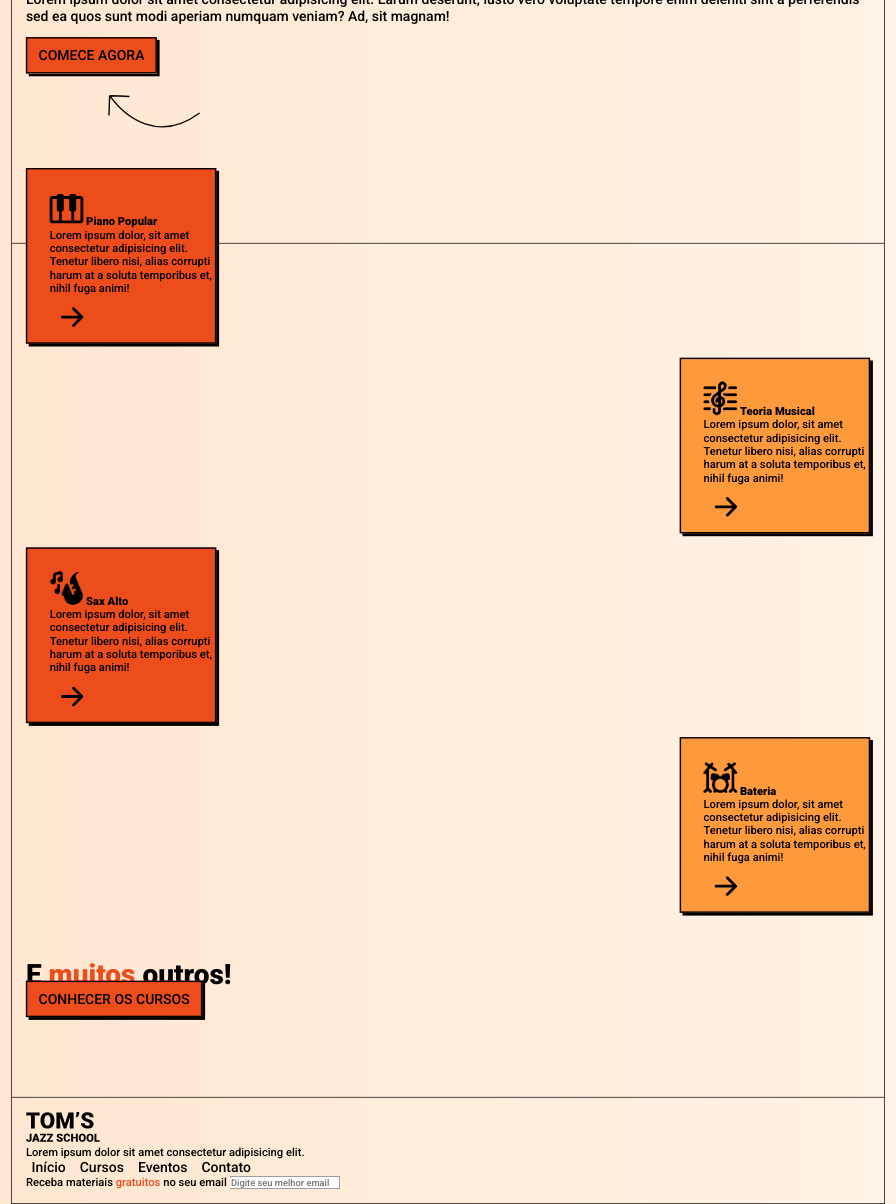
Repository: tenoriodasilva31/OBC-Music-School
Page: index.html
An editor plug-in stored every save of this project. The page is shown before and after the next save, followed by the edit.
The browser window is 1280 px wide. The pictures show the part of the page from y = 1190 to 3110 px (the page is 2910 px tall before and 3110 px after), at 70% of full size.

Above is the page before, as saved 2023-07-05 17:47:11.

### index.html
<!DOCTYPE html>
<html lang="pt-BR">
<head>
    <meta charset="UTF-8">
    <meta name="viewport" content="width=device-width, initial-scale=1.0">
    <title>Tom's Jazz School</title>

    <link rel="preconnect" href="https://fonts.googleapis.com">
    <link rel="preconnect" href="https://fonts.gstatic.com" crossorigin>

    <link rel="stylesheet" href="index.css">

    <link href="https://fonts.googleapis.com/css2?family=Roboto:wght@500;900&display=swap" rel="stylesheet">
</head>
<body>
    <header>
        <img src="./img/logo.svg" alt="Tom's School">
        <nav class="mt-1 nx-auto">
            <a href="#">Início</a>
            <a href="#">Cursos</a>
            <a href="#">Eventos</a>
            <a href="#">Contato</a>
        </nav>
        <button href="#" class="button mt-1 mb-1 nx-auto">Inscreva-se</button>
    </header>
    <main>
        <section class="hero-section">
            <img src="/img/hero-img.svg" alt="Banda de jazz se apresentando">
            <div>
                <h1 class="mt-2">Crie algo <span class="text-primary decoration">impactante</span> com música</h1>
                <p class="mt-2 mb-2">Lorem ipsum dolor sit amet consectetur adipisicing elit. Earum deserunt, iusto vero voluptate tempore enim deleniti sint a perferendis sed ea quos sunt modi aperiam numquam veniam? Ad, sit magnam!</p>
                <a href="#" class="button mt-1 mb-1 nx-auto">Comece agora</a>
            </div>
        </section>
        <section class="courses-section">
            <div class="cards">
            <article class="card">
                <img src="/img/piano.png" alt="icone de teclas de piano">
                <strong>Piano Popular</strong>
                <p>Lorem ipsum dolor, sit amet consectetur adipisicing elit. Tenetur libero nisi, alias corrupti harum at a soluta temporibus et, nihil fuga animi!</p>
                <a href="#">
                    <img src="/img/arrow-right.svg" alt="Ir para página do curso">
                </a>
            </article>
            <article class="card">
                <img src="/img/clef.png" alt="icone clave">
                <strong>Teoria Musical</strong>
                <p>Lorem ipsum dolor, sit amet consectetur adipisicing elit. Tenetur libero nisi, alias corrupti harum at a soluta temporibus et, nihil fuga animi!</p>
                <a href="#">
                    <img src="/img/arrow-right.svg" alt="Ir para página do curso">
                </a>
            </article>
            <article class="card">
                <img src="/img/sax.png" alt="icone de teclas de piano">
                <strong>Sax Alto</strong>
                <p>Lorem ipsum dolor, sit amet consectetur adipisicing elit. Tenetur libero nisi, alias corrupti harum at a soluta temporibus et, nihil fuga animi!</p>
                <a href="#">
                    <img src="/img/arrow-right.svg" alt="Ir para página do curso">
                </a>
            </article>
            <article class="card">
                <img src="/img/drums.png" alt="icone de teclas de piano">
                <strong>Bateria</strong>
                <p>Lorem ipsum dolor, sit amet consectetur adipisicing elit. Tenetur libero nisi, alias corrupti harum at a soluta temporibus et, nihil fuga animi!</p>
                <a href="#">
                    <img src="/img/arrow-right.svg" alt="Ir para página do curso">
                </a>
            </article>
            </div>
            <h2>E <span class="text-primary">muitos</span> outros!</h2>
            <a href="#" class="button">Conhecer os cursos</a>
        </section>
    </main>

    <footer>
        <div>
            <img src="/img/logo.svg" alt="Tom's School">
            <p>Lorem ipsum dolor sit amet consectetur adipisicing elit. </p>
        </div>
        <nav>
            <a href="#">Início</a>
            <a href="#">Cursos</a>
            <a href="#">Eventos</a>
            <a href="#">Contato</a>
        </nav>
        <form>
            <label for="email">Receba materiais <span class="text-primary">gratuitos</span> no seu email</label>
            <input type="text" name="email" id="email" placeholder="Digite seu melhor email">
        </form>
    </footer>
</body>
</html>

### index.css
* {
    box-sizing: border-box;
    font-family: 'Roboto', sans-serif;
    margin: 0;
    padding: 0;
}

:root {
    --color-primary: #ED4D1B;
    --color-secondary: #FF9a3c;
    --color-black: #000;
    --color-white: #FFF;
}

body {
    background: linear-gradient(90deg, #ffe7d1 0%, #FFF2e6 100%);
    padding: 0 1rem;
}

header,.hero-section, .courses-section, footer {
    border-color: var(--color-black);
    border-style: solid;
    border-width: 0 1px 1px 1px;
    padding: 1.25rem;
}

header img {
    display: block;
    margin: 1rem auto;
}

header nav {
    display: grid;
    grid-template-columns: 1fr, 1fr;
}

nav a {
    color: var(--color-black);
    font-size: 1.25rem;
    padding: .5rem;
    text-decoration: none;
}

header nav a:nth-child(2n-1) {
    text-align: right;
}

.button {
    background-color: var(--color-primary);
    border: 2px solid var(--color-black);
    box-shadow: 4px 4px 0 var(--color-black);
    color: var(--color-black);
    display: black;
    font-size: 1.25rem;
    padding: .75rem 1rem;
    max-width: 14rem;
    text-align: center;
    text-decoration: none;
    text-transform: uppercase;
}

.hero-section {
    padding-right: 0;
    padding-bottom: 16rem;

}

.hero-section img {
    display: block;
    margin: 1.25rem 0 0 auto;
    max-width: 100%;
}

h1 {
    font-size: 3rem;
    line-height: 105%;
}

h2 {
    font-size: 2.5rem;
}

.hero-section p {
    font-size: 1.25rem;
    padding-right: 1.25rem;
}

.hero-section .button {
    position: relative;

}

.hero-section .button::after {
    content: '';
    background: url("/img/arrow-curve.svg");
    position: absolute;
    top: 5rem;
    right: -4rem;
    height: 48px;
    width: 132px;
}

.decoration {
    display: block;
    position: relative;
}

.decoration::after {
    content: '';
    background: url(/img/three-dashes.svg);
    position: absolute;
    top: -0.75rem;
    height: 36px;
    width: 40px;
}

.courses-section {
    padding-bottom: 8rem;

}

.cards {
    display: flex;
    flex-direction: column;
    align-items: start;
    gap: 1.25rem;
    margin-top: -8rem;
    margin-bottom: 4rem;
}

.card {
    background-color: var(--color-primary);
    border: 2px solid var(--color-black);
    box-shadow: 4px 4px 0 var(--color-black);
    max-width: 17rem;
    padding: 2rem 0 0 2rem;
}

.card:nth-child(2n) {
    align-self: end;
    background-color: var(--color-secondary)
}

.mt-1 {
    margin-top: 1rem;
}

.mt-2 {
    margin-top: 2rem;
}

.mb-1 {
    margin-bottom: 1rem;
}

.mb-2 {
    margin-bottom: 2rem;
}

.mx-auto {
    margin-left: auto;
    margin-right: auto;
}

.text-primary {
    color: var(--color-primary);
}

.text-center {
    text-align: center;
}

After the next save:
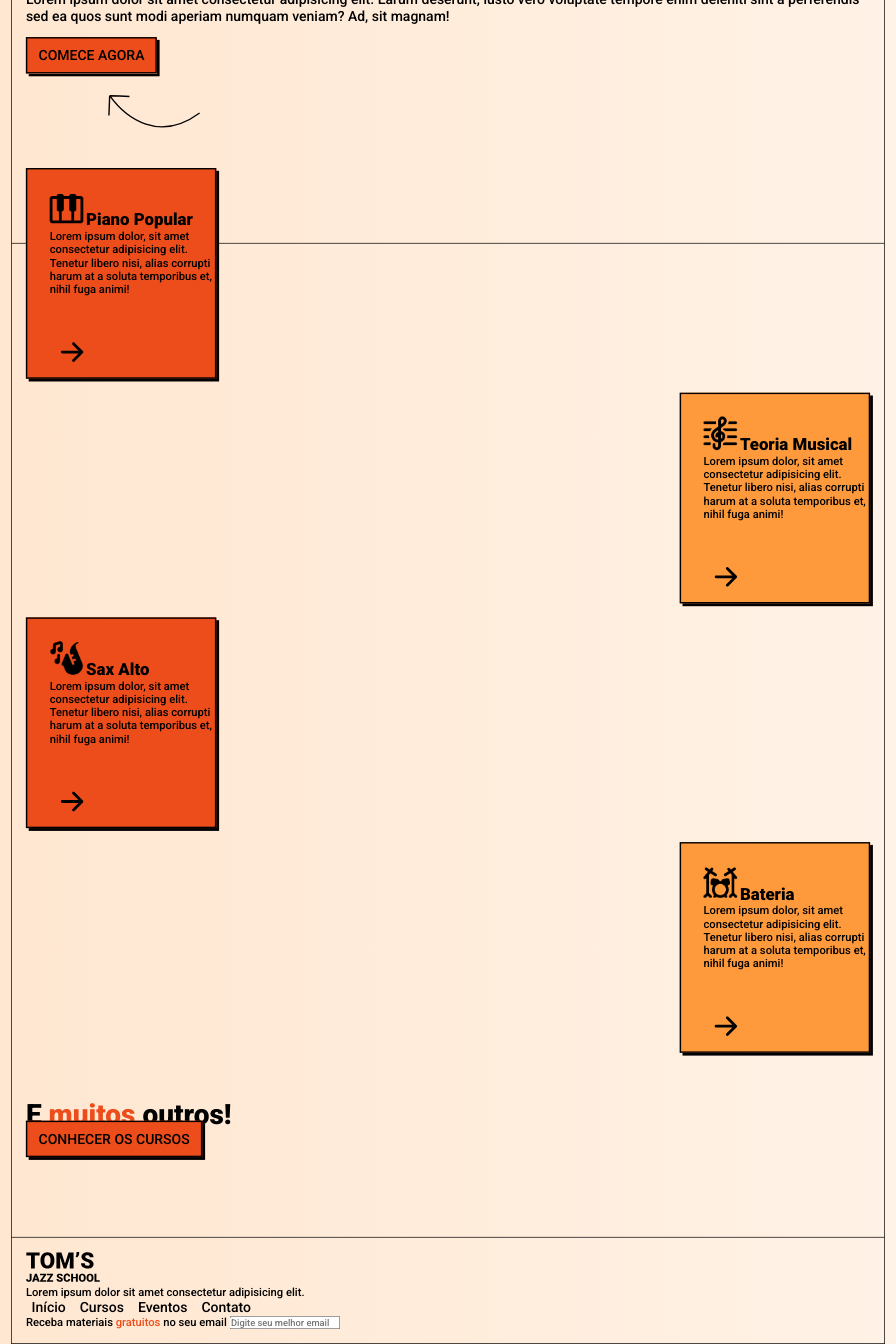
Saved 80 s later.
--- a/index.css
+++ b/index.css
@@ -141,6 +141,17 @@ h2 {
     background-color: var(--color-secondary)
 }
 
+.card strong {
+    display: black;
+    font-size: 1.5rem;
+    margin: 1rem 0;
+}
+
+.card a {
+    display: block;
+    margin: 3rem 0 0 auto;
+}
+
 .mt-1 {
     margin-top: 1rem;
 }
